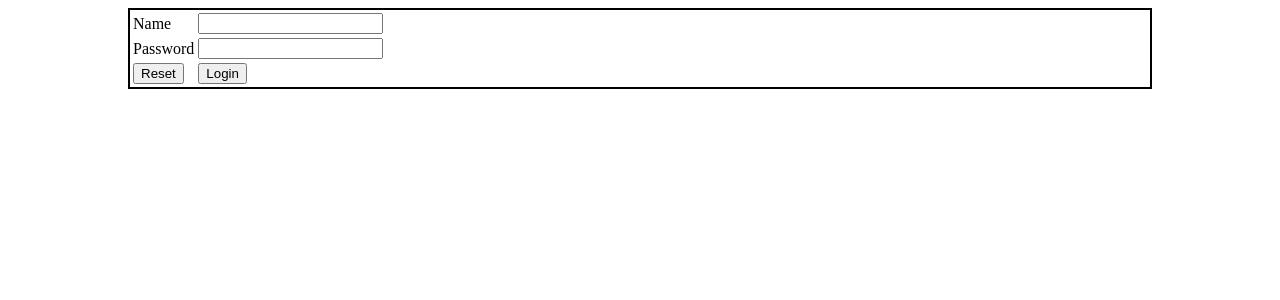
Repository: jks2127/SMS-webApp
Page: sms 1.2/WebContent/index.html
These files come from the project's save history. The page is drawn as it stood at one moment and after the next save; the edit follows.
The browser window is 1280 px wide. The pictures show the whole page.

Above is the page before, as saved 2021-06-11 11:56:08.

After the next save:
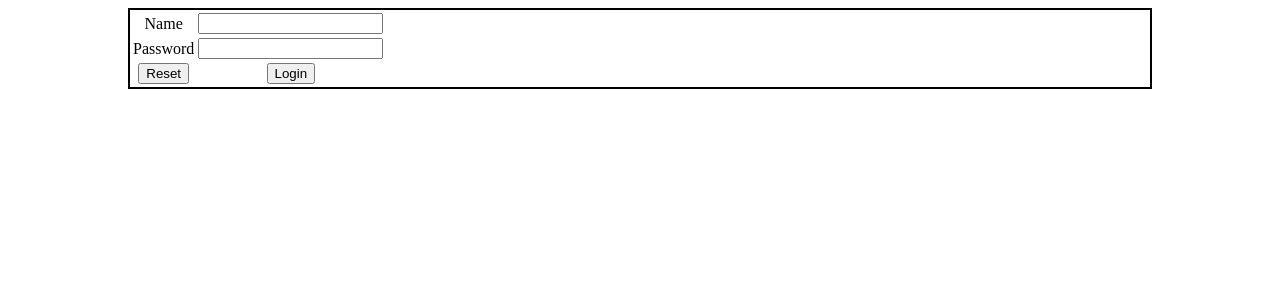
Saved 83 s later.
--- a/sms 1.2/WebContent/index.html
+++ b/sms 1.2/WebContent/index.html
@@ -10,10 +10,14 @@
 		margin-right:10%;
 		border:2px solid black;
 		}
+
+		#body form{
+		text-align: center;
+		}
 	</style>
 </head>
 
-<body class="container">
+<body id="body" class="container">
 	<form action="Login" method="POST">
 		<table>
 			<tr>
